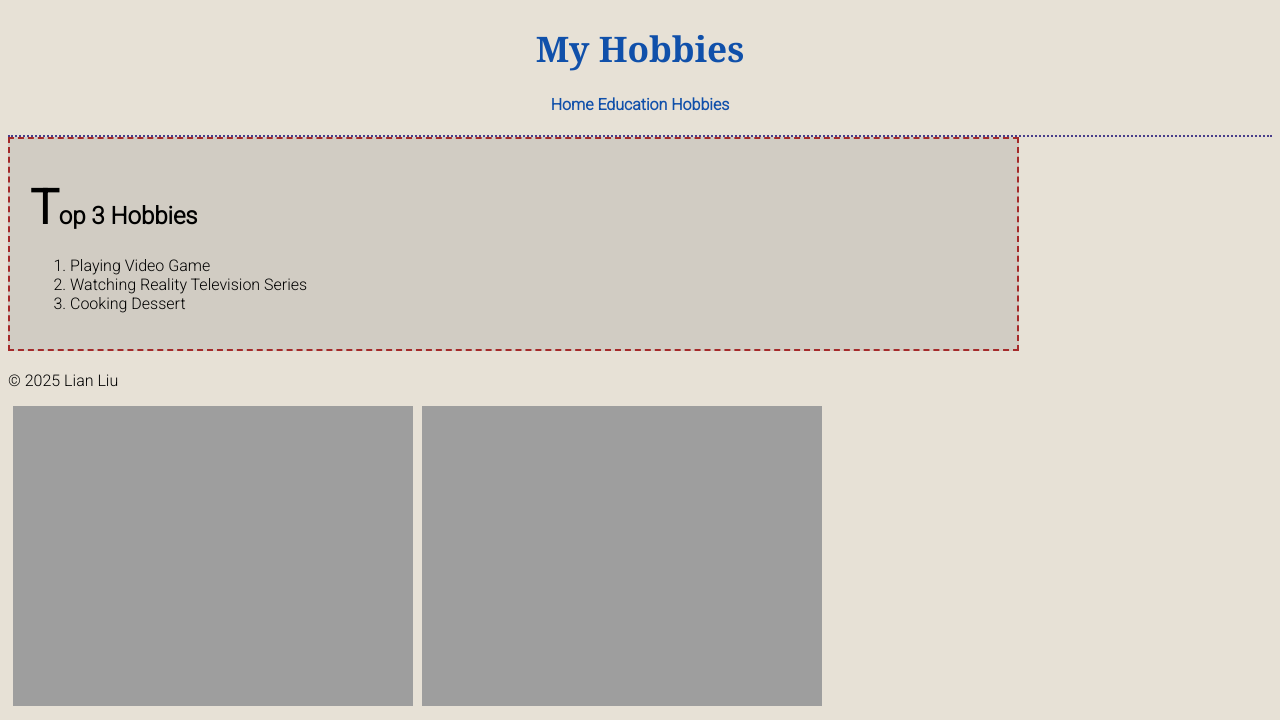
Repository: liulian26/CS5610
Page: assignment-1-liulian26/pages/hobbies.html
The author's editor kept a copy of each file at every save. The page is drawn from the files as they stood at one save, then again after the next save.
The browser window is 1280 px wide. The pictures show the whole page.
Pictures or frames that could not be fetched are drawn as grey boxes.

Above is the page before, as saved 2025-02-01 00:28:35.

After the next save:
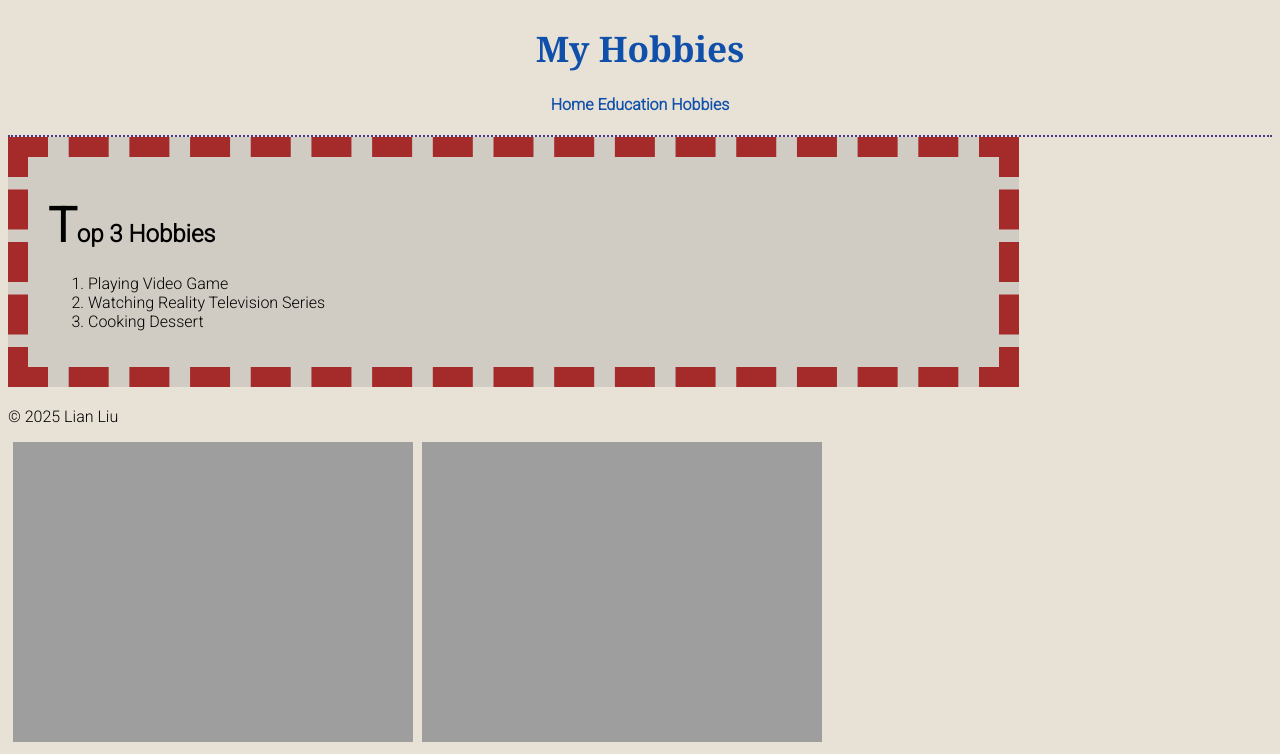
Saved 18 s later.
--- a/assignment-1-liulian26/css/styles.css
+++ b/assignment-1-liulian26/css/styles.css
@@ -44,7 +44,7 @@ main {
 }
 
 section {
-    border: 2px dashed brown;
+    border: 20px dashed brown;
     padding: 20px;
     margin-bottom: 20px;
     background-color: rgba(120, 120, 120, 0.2);
